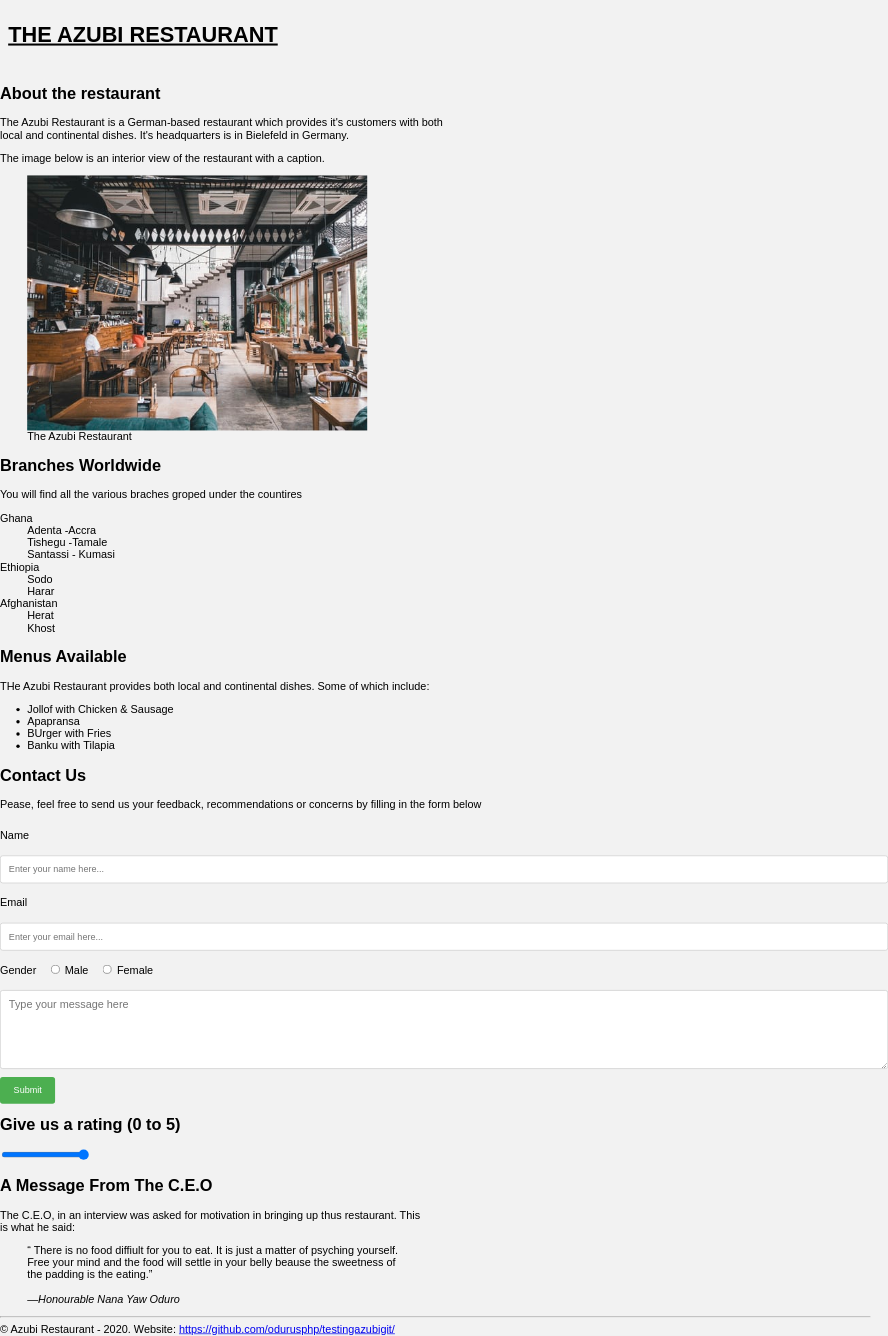
Repository: odurusphp/testingazubigit
Page: Fortune/FortunatusWulnye.html
An editor plug-in stored every save of this project. The page is shown before and after the next save, followed by the edit.
The browser window is 1280 px wide. The page is 1306 px wide, then 1280 px, so the pictures cover 1306 px, including what lies to the right of the window. The pictures show the whole page, at 68% of full size.

Above is the page before, as saved 2020-08-03 01:01:38.

### Fortune/FortunatusWulnye.html
<!--COMMENTS THAT ARE MINE ARE WRITTEN IN CAPITAL LETTERS-->
<!--THE GENERAL STRUCTURE OF THE PAGE IS GOOD WITH THE INDENTATION TOO-->
<!--THE CLASSES THAT YOU IMPLEMENTED TOO ARE GREAT KEEP IT UP-->
<!DOCTYPE html>
<html lang="en">
  <head>

    <meta charset="UTF-8" />
    <meta name="viewport" content="width=device-width, initial-scale=1.0" />
    <title>The Azubi Restaurant</title>
    <meta name="descrition" content="A website for Azubi restaurant">
    <meta name="author" content="Fortunatus Aabangbio Wulnye">
    <link rel="stylesheet" href="css/style.css">

  </head>

  <body>

    <div class="main-container">
      <div class="mainHeading"></div>
        <h1><u>THE AZUBI RESTAURANT</u> </h1>
      </div>

      <div class="content">
        <div class="About">
          <h2>About the restaurant</h2>
          <p>
            The Azubi Restaurant is a German-based restaurant which provides
            it's customers with both <br />
            local and continental dishes. It's headquarters is in Bielefeld in
            Germany.
          </p>
          <p>
            The image below is an interior view of the restaurant with a caption.
          </p>
          <!--IN ADDING THE IMAGE YOU TYPED OUT THE SRC WRONGLY KINDLY TAKE NOTE AND DO WELL TO REVIEW YOUR PAGE ALWAYS-->
          <figure>
            <img
              src="images/FortununatusWulnyeRestaurant.jpg"
              alt="Azubi Restaurant"
            />
            <figcaption>The Azubi Restaurant</figcaption>
          </figure>
        </div>

        <div class="branches">
          <h2>Branches Worldwide</h2>
          <p>
            You will find all the various braches groped under the countires
          </p>
          <dl>
            <dt>Ghana</dt>
            <dd>Adenta -Accra</dd>
            <dd>Tishegu -Tamale</dd>
            <dd>Santassi - Kumasi</dd>

            <dt>Ethiopia</dt>
            <dd>Sodo</dd>
            <dd>Harar</dd>

            <dt>Afghanistan</dt>
            <dd>Herat</dd>
            <dd>Khost</dd>
          </dl>
        </div>

        <div class="menus">
          <h2>Menus Available</h2>
          <p>THe Azubi Restaurant provides both local and continental dishes. Some of which include:</p>
          <ul>
            <li>Jollof with Chicken & Sausage</li>
            <li>Apapransa</li>
            <li>BUrger with Fries</li>
            <li>Banku with Tilapia</li>
          </ul>
        </div>

        <div class="Contact">
          <h2>Contact Us</h2>
          <p>Pease, feel free to send us your feedback, recommendations or concerns by filling in the form below</p>
          <form action="" method="POST">
            <label for="fname">Name</label>
            <input type="text" name="fname" placeholder ="Enter your name here..." required> <br>

            <label for="email">Email</label>
            <input type="text" name="email" placeholder ="Enter your email here..." required> <br>

            <label for="gender">Gender</label>
            <input type="radio" id="male" value="male">
            <label for="gender">Male</label>
            <input type="radio" id="female" value="female">
            <label for="gender">Female</label> <br>

            <textarea name="message" id="" cols="20" rows="5" placeholder="Type your message here"></textarea> <br/>

            <input type="submit" value="Submit"  />
          </form>
          <br>

        </div>
        <br>

        <div class="rating">
          <h2>Give us a rating (0 to 5)</h2>
          <div class="slider">
             <input type="range" min="0" max="5" value="50">
          </div>
        </div>

        <div class="ceomessage">
          <h2>A Message From The C.E.O</h2>
          <P>The C.E.O, in an interview was asked for motivation in bringing up thus restaurant. This<br> is what he said: <blockquote> <q> There is no food diffiult for you to eat. It is just a matter of psyching yourself.<br> Free your mind and the food
          will settle in your belly beause the sweetness of <br> the padding is the eating.</q><br> <br>
        &mdash;<cite>Honourable Nana Yaw Oduro</cite>
      </blockquote>
           </P>
        </div>
        <hr />

        <footer>
          &copy; Azubi Restaurant - 2020. Website: <a
          href="https://github.com/odurusphp/testingazubigit/">https://github.com/odurusphp/testingazubigit/</a>
        </footer>
      </div>
    </div>

  </body>
</html>

### Fortune/css/style.css
html {
  font-family: sans-serif;
  -webkit-text-size-adjust: 100%;
  -ms-text-size-adjust: 100%;
}
body {
  box-sizing: border-box;
  margin: 0;
  background-color: hsl(0, 0%, 95%);
}

.main-container {
  border-radius: 2px;
  padding: 12px;
}

article,
aside,
details,
figcaption,
figure,
footer,
header,
main,
menu,
nav,
section,
summary {
  display: block;
}

a:active,
a:hover {
  outline: 0;
}

b,
strong {
  font-weight: bold;
}

h1 {
  font-size: 2em;
  margin: 0.67em 0;
}

img {
  display: block;
  border: 0;
  width: auto;
  height: auto;
}

label {
  padding: 12px 12px 12px 0;
  display: inline-block;
}

input [type="text"],
select,
textarea {
  color: inherit;
  font: inherit;
  margin: 0;
  padding: 12px;
  border: 1px solid #ccc;
  border-radius: 4px;
  resize: vertical;
  margin: 8px 0;
}

input[type="text"],
select,
textarea {
  width: 100%;
  padding: 12px;
  border: 1px solid #ccc;
  border-radius: 4px;
  resize: vertical;
  margin: 8px 0;
}

input[type="submit"] {
  background-color: #4caf50;
  color: white;
  padding: 12px 20px;
  border: none;
  border-radius: 4px;
  cursor: pointer;
  float: left;
}

After the next save:
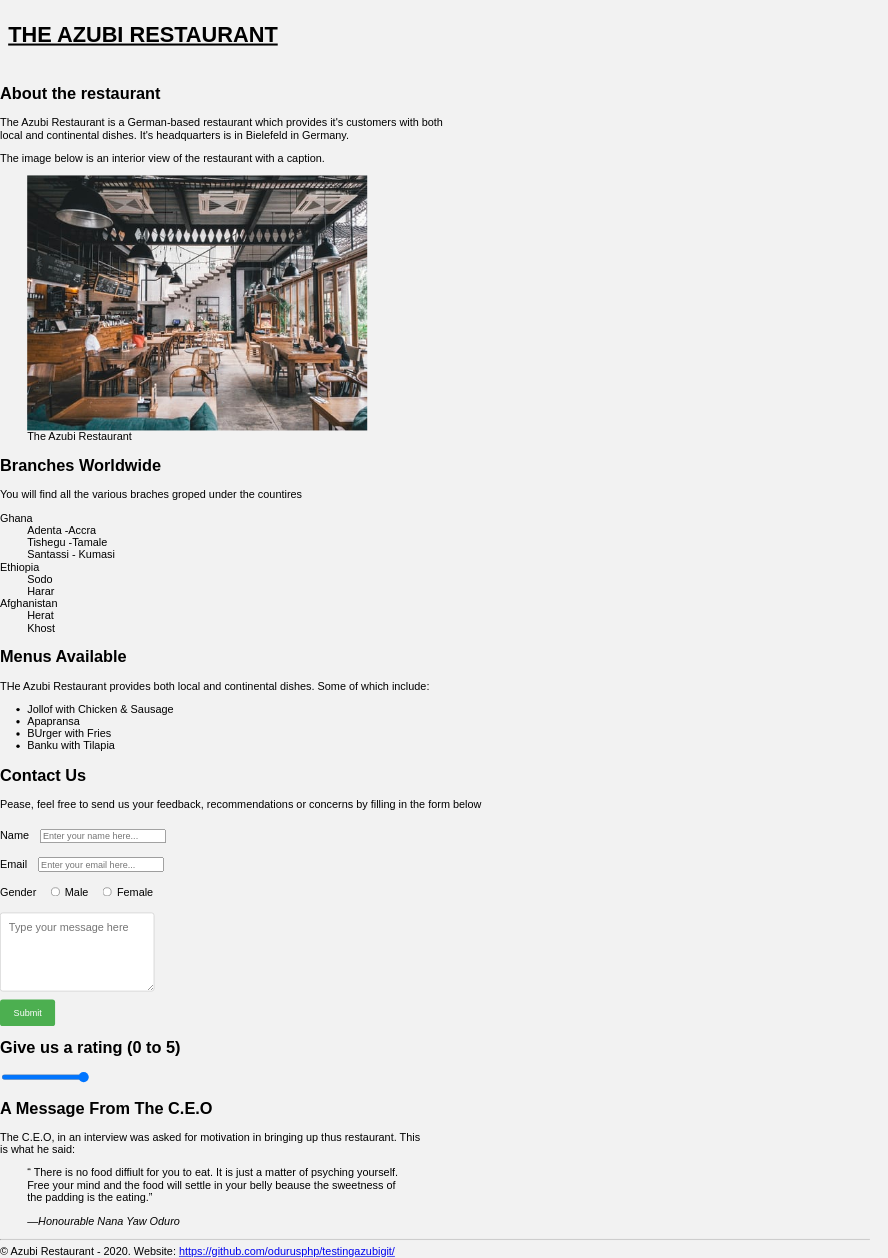
Saved 22 s later.
--- a/Fortune/css/style.css
+++ b/Fortune/css/style.css
@@ -69,17 +69,6 @@ textarea {
   margin: 8px 0;
 }
 
-input[type="text"],
-select,
-textarea {
-  width: 100%;
-  padding: 12px;
-  border: 1px solid #ccc;
-  border-radius: 4px;
-  resize: vertical;
-  margin: 8px 0;
-}
-
 input[type="submit"] {
   background-color: #4caf50;
   color: white;
